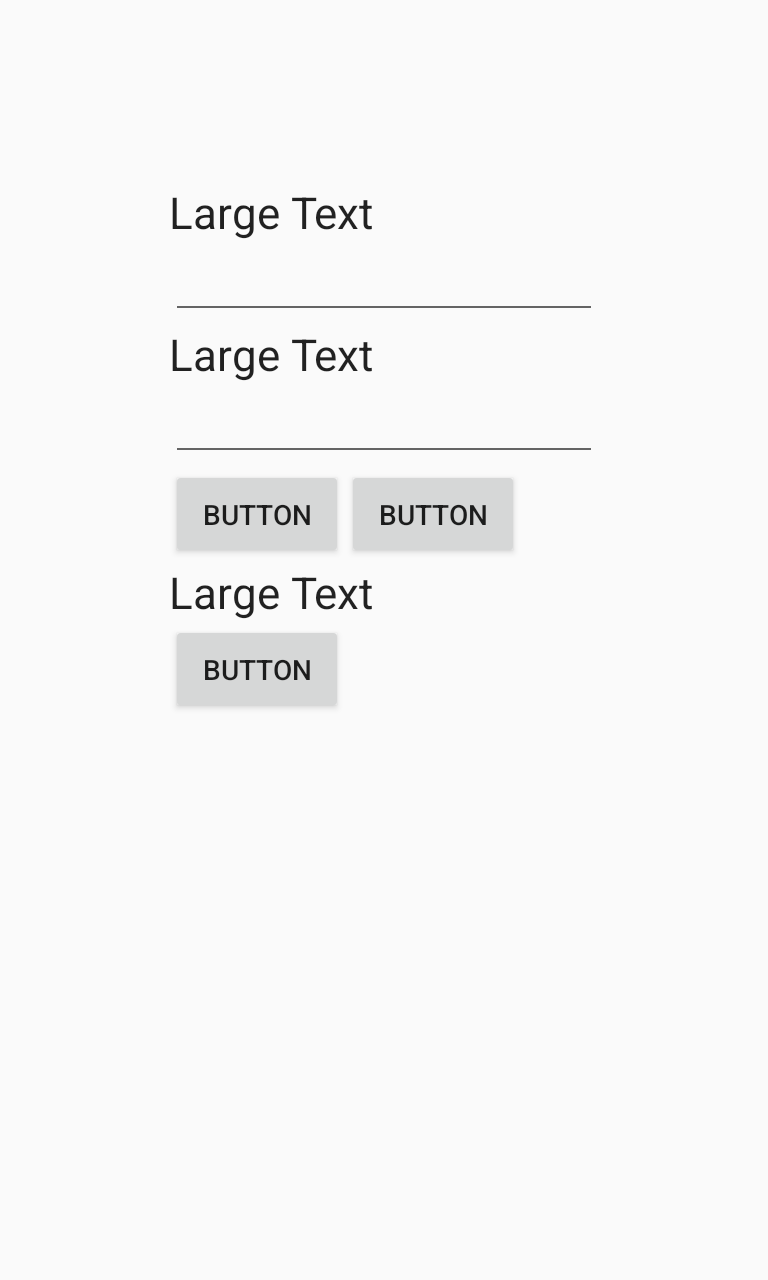
Repository: luizhenrique-dev/repositorio-mobile
Layout: ProjetoFinalMobile/UFGMemo/res/layout/activity_login.xml
An editor plug-in stored every save of this project. The layout is shown before and after the next save, followed by the edit.
It is drawn on a 768 x 1280 px phone screen (xhdpi) without system bars, with theme AppTheme; the app's code is not run.

Above is the layout before, as saved 2014-05-18 02:06:31.

After the next save:
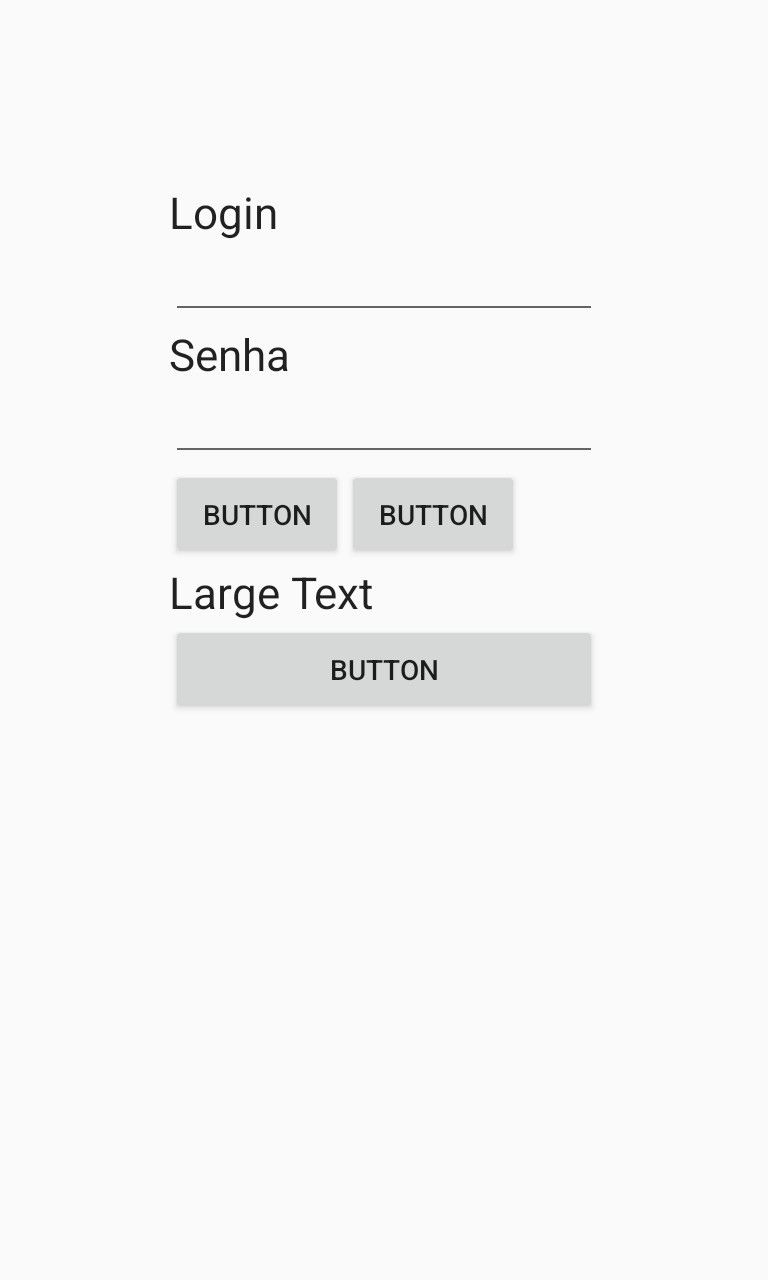
Saved 99 s later.
--- a/ProjetoFinalMobile/UFGMemo/res/layout/activity_login.xml
+++ b/ProjetoFinalMobile/UFGMemo/res/layout/activity_login.xml
@@ -19,7 +19,7 @@
             android:id="@+id/textView1"
             android:layout_width="wrap_content"
             android:layout_height="wrap_content"
-            android:text="Large Text"
+            android:text="Login"
             android:textAppearance="?android:attr/textAppearanceLarge" />
 
         <EditText
@@ -31,7 +31,7 @@
             android:id="@+id/textView2"
             android:layout_width="wrap_content"
             android:layout_height="wrap_content"
-            android:text="Large Text"
+            android:text="Senha"
             android:textAppearance="?android:attr/textAppearanceLarge" />
 
         <EditText
@@ -66,7 +66,7 @@
 
             <Button
                 android:id="@+id/button3"
-                android:layout_width="wrap_content"
+                android:layout_width="match_parent"
                 android:layout_height="wrap_content"
                 android:text="Button" />
 
